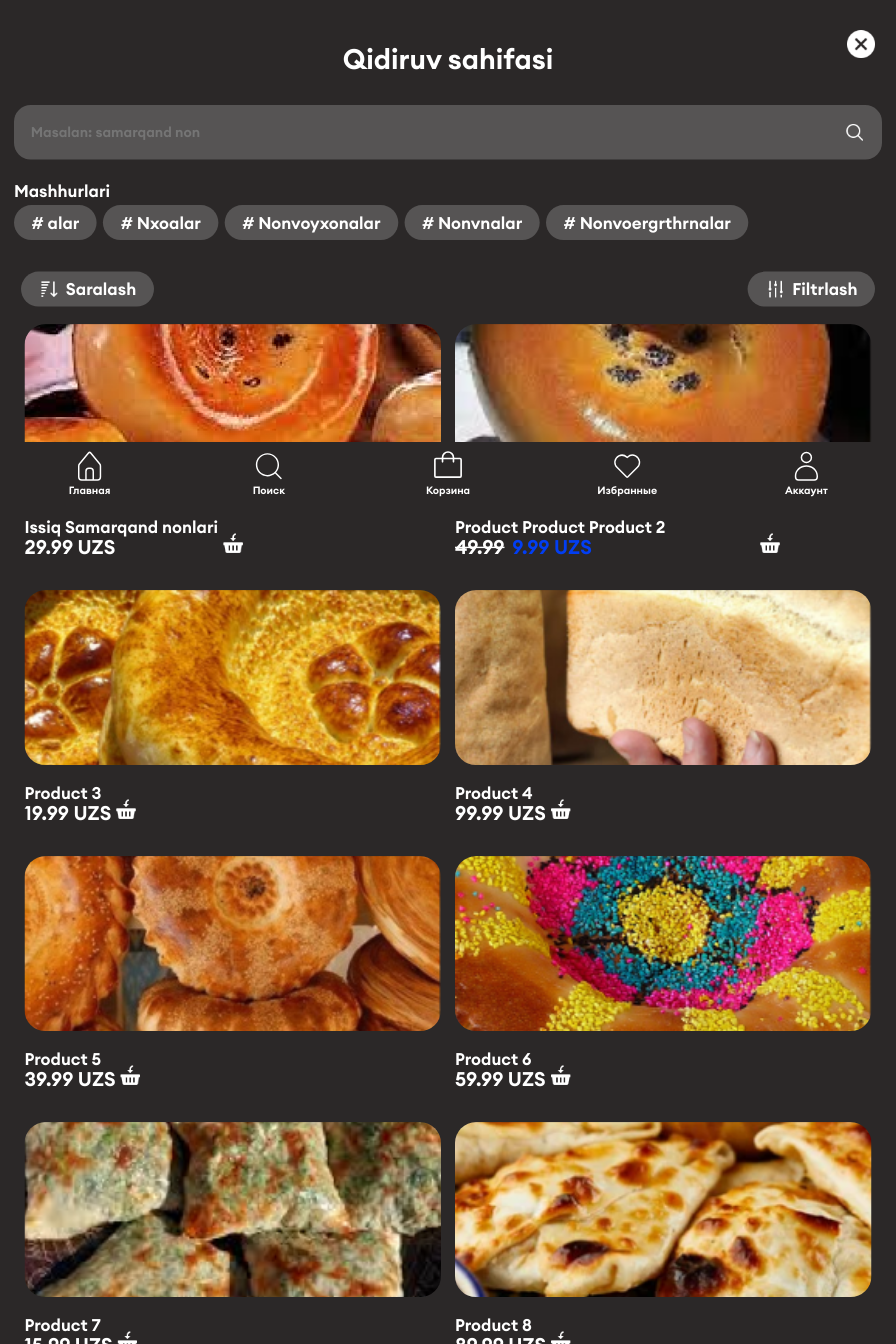
Repository: muslmoney/click-miniapp
Page: /search
An editor plug-in stored every save of this project. The page is shown before and after the next save, followed by the edit.
The browser window is 1280 px wide. The pictures show the part of the page from y = 0 to 1920 px (the page is 2358 px tall before and 2928 px after), at 70% of full size.
The project was rebuilt for these pictures with package versions that can differ from the ones it lists, and the page was loaded fresh each time. Also part of the build but not shown: vite.config.js.

Above is the page before, as saved 2025-02-16 17:45:46.

### index.html
<!doctype html>
<html lang="en">
<head>
  <meta charset="UTF-8" />
  <meta http-equiv="X-UA-Compatible" content="IE=edge" />
  <meta name="description" content="Non Bor" />
  <meta name="keywords" content="Non Bor" />
  <meta name="author" content="Non Bor" />
  <!-- <meta http-equiv="refresh" content="30"> -->
  <meta property="og:title" content="Non Bor">
  <meta property="og:description" content="Non Bor">
  <meta property="og:image" content="/logo_bread.png">
  <meta property="og:url" content="https://non-bor.netlify.app/">
  <meta name="viewport" content="width=device-width, initial-scale=1.0" />
  <link rel="icon" type="image/png" href="/logo_bread.png" />
  <title>Non Bor</title>
</head>

<body>
  <div id="root"></div>
  <script type="module" src="/src/main.jsx"></script>
</body>

</html>

### src/main.jsx
import React, { Suspense, lazy, StrictMode } from 'react';
import { createRoot } from 'react-dom/client';
import { createBrowserRouter, RouterProvider, Navigate } from 'react-router-dom';
import './index.css';
import App from './App.jsx'
import { AppProvider } from './context/Context.jsx';
const Home = lazy(() => import("./pages/Home/Home.jsx"));
const Cart = lazy(() => import("./pages/Cart/Cart.jsx"));
const Favorites = lazy(() => import('./pages/Favorites/Favorites.jsx'));
const Search = lazy(() => import('./pages/Search/Search.jsx'));
const User = lazy(() => import('./pages/User/User.jsx'));

const router = createBrowserRouter([
  {
    path: "/",
    element: <App />,
    children: [
      { index: true, element: <Navigate to="home" replace /> },
      {
        path: 'home',
        element: <Home />
      },
      {
        path: 'cart',
        element: <Cart />
      },
      {
        path: 'favorites',
        element: <Favorites />
      },
      {
        path: 'search',
        element: <Search />
      },
      {
        path: 'user',
        element: <User />
      },
      { path: '*', element: <div>404 - Page Not Found</div> },
    ],
  },
]);

class ErrorBoundary extends React.Component {
  state = { hasError: false };

  static getDerivedStateFromError() {
    return { hasError: true };
  }

  componentDidCatch(error, info) {
    console.error("Error caught:", error, info);
  }

  render() {
    if (this.state.hasError) {
      return <div>Something went wrong!</div>;
    }
    return this.props.children;
  }
}


createRoot(document.getElementById('root')).render(
  <StrictMode>
    <AppProvider>
      <Suspense fallback={<div>Loading...</div>}>
        <RouterProvider router={router} />
      </Suspense>
    </AppProvider>
  </StrictMode>
);

### src/index.css
:root {
  --color-default-white: #fff;
  --color-default-bg: #2B2828;
  --color-default-blue: #023EF3;
  --color-button-bg-blue:#3866E8;
  --color-text-gray:#ADA4A4;
  --color-button-bg-gray:#565454;
}

* {
  font-family: 'Euclid Circular A', sans-serif;
  scroll-behavior: smooth;
  padding: 0;
  margin: 0;
  box-sizing: border-box;
}

.container {
  width: 100%;
  margin: 0 auto;
  max-width: 700px;
}


picture,
img,
svg {

  display: block;
  width: 100%;
  height: auto;
}

a,
span,
button,
label,
input,
textarea {
  display: inline-block;
  font-family: inherit;
  color: inherit;
  font-weight: inherit;
}

a,
button,
label,
textarea,
li {
  list-style: none;
  text-decoration: none;
  cursor: pointer;
}

q::after,
q::before {
  content: '';
}

#root {
  display: flex;
  flex-direction: column;
  justify-content: space-between;
}

#root>* {
  flex-shrink: 0;
}

#root>main {
  flex-grow: 1;
}

h1,
h2,
h3,
h4,
h5,
h6,
p,
button,
a {
  font-weight: inherit;
  color: var(--color-default-white);
}

### src/App.jsx
import React, { useEffect } from "react";
import "./App.css";
import Header from "./layout/Header/Header.jsx";
import Footer from "./layout/Footer/Footer.jsx";
import "/public/fonts/fonts.css";
import { BrowserRouter as Router, Routes, Outlet, useLocation, useNavigate } from "react-router-dom";

const App = () => {
  const navigate = useNavigate();
  const { pathname } = useLocation();

  useEffect(() => {
    if (pathname === "/") {
      navigate("/home");
    }
  }, [pathname, navigate]);

  return (
    <>
      <header>
        <Header />
      </header>

      <main>
        <Outlet />
      </main>

      <footer>
        <Footer />
      </footer>
    </>
  );
};

export default App;

### src/context/Context.jsx
import React, { createContext, useState, useEffect, useContext } from 'react';

const AppContext = createContext();

export const useAppContext = () => useContext(AppContext);

export const AppProvider = ({ children }) => {
  const loadCartFromLocalStorage = (key) => {
    const storedData = localStorage.getItem(key);
    return storedData ? JSON.parse(storedData) : [];
  };

  const [cart, setCart] = useState(loadCartFromLocalStorage('cartClick'));
  const [favorites, setFavorites] = useState(loadCartFromLocalStorage('favClick'));

  useEffect(() => {
    localStorage.setItem('cartClick', JSON.stringify(cart));
  }, [cart]);

  useEffect(() => {
    localStorage.setItem('favClick', JSON.stringify(favorites));
  }, [favorites]);

  const addToCart = (product) => {
    setCart((prevCart) => {
      const existingProduct = prevCart.find((item) => item.id === product.id);
      return existingProduct
        ? prevCart.map((item) =>
            item.id === product.id ? { ...item, quantity: item.quantity + 1 } : item
          )
        : [...prevCart, { ...product, quantity: 1 }];
    });
  };

  const removeFromCart = (productId) => {
    setCart((prevCart) => prevCart.filter((product) => product.id !== productId));
  };

  const updateQuantity = (productId, quantity) => {
    if (quantity <= 0) return;
    setCart((prevCart) =>
      prevCart.map((product) =>
        product.id === productId ? { ...product, quantity } : product
      )
    );
  };

  const addToFavorites = (product) => {
    setFavorites((prevFavorites) =>
      !prevFavorites.some((item) => item.id === product.id)
        ? [...prevFavorites, product]
        : prevFavorites
    );
  };

  const removeFromFavorites = (productId) => {
    setFavorites((prevFavorites) =>
      prevFavorites.filter((product) => product.id !== productId)
    );
  };

  return (
    <AppContext.Provider
      value={{
        cart,
        addToCart,
        removeFromCart,
        updateQuantity,
        favorites,
        addToFavorites,
        removeFromFavorites,
      }}
    >
      {children}
    </AppContext.Provider>
  );
};

export { AppContext };

### src/pages/Search/Search.jsx
import React, { useState, useEffect } from 'react';
import styles from './search.module.css';
import { SearchCard } from '../../components/ProductCard/ProductCard.jsx';
import db from '../../db/db.json';
import Button from '../../components/Buttons/Buttons.jsx';

const Search = () => {
  const [query, setQuery] = useState('');
  const [filteredProducts, setFilteredProducts] = useState(db.products);

  useEffect(() => {
    const results = db.products.filter((product) =>
      product.title.toLowerCase().includes(query.toLowerCase())
    );
    setFilteredProducts(results);
  }, [query]);

  return (
    <div className={styles.container}>
      <section>
        <h2 className={styles.title}>Qidiruv sahifasi</h2>
        <div className={styles.search}>
          <input
            type="text"
            placeholder="Masalan: samarqand non"
            value={query}
            onChange={(e) => setQuery(e.target.value)}
          />
          <button>
            <img src="/search.png" alt="search" />
          </button>
        </div>
      </section>

      <section className={styles.popular}>
        <h2>Mashhurlari</h2>
        <div className={styles.buttons}>
          <Button title={'# alar'} />
          <Button title={'# Nxoalar'} />
          <Button title={'# Nonvoyxonalar'} />
          <Button title={'# Nonvnalar'} />
          <Button title={'# Nonvoergrthrnalar'} />
        </div>
      </section>

      <section className={styles.products}>
        <div className={styles.filters}>
          <Button title={'Saralash'} icon={'/sorting.png'} />
          <Button title={'Filtrlash'} icon={'/filter.png'} />
        </div>
        <div className={styles.grid}>
          {filteredProducts.length > 0 ? (
            filteredProducts.map((product) => (
              <SearchCard
                key={product.id}
                title={product.title}
                img={product.img}
                salePrice={product.salePrice}
                price={product.price}
              />
            ))
          ) : (
            <p>Mahsulot topilmadi</p>
          )}
        </div>
      </section>
    </div>
  );
};

export default Search;

### src/layout/Header/Header.jsx
import React from 'react'
import { RxCross2 } from "react-icons/rx";
import style from './header.module.css'
const Header = () => {
    return (
        <header className={style.header}>
            <div className='container'>
                <div className={style.header}>
                    <img className={style.cross} src="/cancel.png" alt="" />
                </div>
            </div>
        </header>
    )
}

export default Header

### src/layout/Footer/Footer.jsx
import React from 'react'
import styles from './footer.module.css'
import { CiSearch } from "react-icons/ci";
import { CiUser } from "react-icons/ci";
import { CiHeart } from "react-icons/ci";
import { PiBagLight } from "react-icons/pi";
import { CiHome } from "react-icons/ci";
import { Link } from 'react-router-dom';

const Footer = () => {
    return (
        <footer className='container'>
            <div className={styles.footer}>
                    <Link className={styles.a} to={'./home'}>
                        <CiHome className={styles.icon} />
                        <h2>Главная</h2>
                    </Link>
                    <Link className={styles.a} to={'./search'}>
                        <CiSearch className={styles.icon} />
                        <h2>
                            Поиск
                        </h2>

                    </Link>
                    <Link className={styles.a} to={'./cart'}>
                        <PiBagLight className={styles.icon} />
                        <h2>
                            Корзина
                        </h2>

                    </Link>
                    <Link className={styles.a} to={'./favorites'}>
                        <CiHeart className={styles.icon} />
                        <h2>
                            Избранные
                        </h2>

                    </Link>
                    <Link className={styles.a} to={'./user'}>
                        <CiUser className={styles.icon} />
                        <h2>
                            Аккаунт
                        </h2>

                    </Link>
            </div>
        </footer>
    )
}

export default Footer

### public/fonts/fonts.css


@font-face {
    font-family: 'Euclid Circular A';
    src: url(/fonts/Euclid\ Circular\ A\ SemiBold.ttf);
    font-weight: 600;
    font-style: normal;
}

### src/components/Buttons/Buttons.jsx
import React from "react";
import styles from "./buttons.module.css";

const Button = ({ link, icon, title, className,color, ...props }) => {
  return (
    <a className={`${styles.button} ${className}`} href={link} {...props}>
     {icon ? ( <img src={icon} alt={title} />) : ''   }
      <span>{title}</span>
    </a>
  );
};

export default Button;

### src/pages/Search/search.module.css
.container {
    padding: 0 clamp(5px, 2vw, 20px);
    background-color: var(--color-default-bg);

}
.search{
    padding: 24px;
    border-radius: 24px;
    background-color: var(--color-button-bg-gray);
    display: flex;
    align-items: center;
    justify-content: space-between;
    input{
        font-size: 20px;
        font-weight: 500;
        line-height: 24.2px;
        text-align: left;
        text-underline-position: from-font;
        text-decoration-skip-ink: none;
        border: none;
        outline: 0px;
        color: var(--color-default-white);
        background: transparent;
    }
    button{
        background: transparent;
        border: none;
    }

}
.title {
    font-size: 40px;
    font-weight: 500;
    line-height: 48.41px;
    text-align: center;
    padding: 60px 0 42px 0;
    text-underline-position: from-font;
    text-decoration-skip-ink: none;

}
.popular{
    padding: 30px 0;
}
.buttons{
    display: flex;
    flex-wrap: wrap;
    gap:11px 9px;
    padding: 5px 0;
}

.filters {
    display: flex;
    justify-content: space-between;
    gap: 10px;
    padding: 10px;
}

.grid {
    display: grid;
    grid-template-columns: 1fr 1fr;
    gap: 10px 10px;
    padding: 10px;
}

img {
    width: 100%;
    object-fit: cover;
}

### src/layout/Header/header.module.css
.header{
    max-width: 700px;
    position: relative;
}

.cross{
    width: 50px;
    position: fixed;
    right: 25px;
    top: 38px;
    width: 50px;
    z-index: 10000;
    @media (max-width: 550px) {
        width: 35px;
        top: 18px;
    }
}

### src/layout/Footer/footer.module.css

.footer {
    display: flex;
    align-items: center;
    justify-content: space-around;
    position: fixed;
    bottom: 0;
    left: 0;
    width: 100%;
    padding: 10px 0 10px 0;
    background-color: var(--color-default-bg);
.a{
    width: 100%;

   h2{

       font-size: clamp(15px, 1vw, 24px);
   }
}
    a {
        display: flex;
        align-items: center;
        flex-direction: column;
    }
}


.icon {
    width: 50px;
}
@media (max-width: 550px) {
    .icon {
        width: 35px;
    }
}

### src/components/Buttons/buttons.module.css
.button {
background-color: var(--color-button-bg-gray);
    text-align: center;
    text-decoration: none;
    display: flex;
    align-items: center;
    gap: 9px;
    color: var(--color-default-white);
    font-size: clamp(17px, 3.33vw, 24px);
    cursor: pointer;
    transition-duration: 0.4s;
    border-radius: 30px;
    padding: clamp(7px, 3vw, 10px) clamp(15px, 3vw, 25px);

    img {
        width: clamp(20px, 4.2vw, 30px);
    }
}

Loaded but not shown: src/db/db.json (104 lines, source omitted); src/components/ProductCard/ProductCard.jsx (195 lines, source omitted); src/components/ProductCard/productCard.module.css (277 lines, source omitted); src/App.css (no stored copy; drawn as an empty file); src/pages/User/user.module.css (no stored copy; drawn as an empty file)

After the next save:
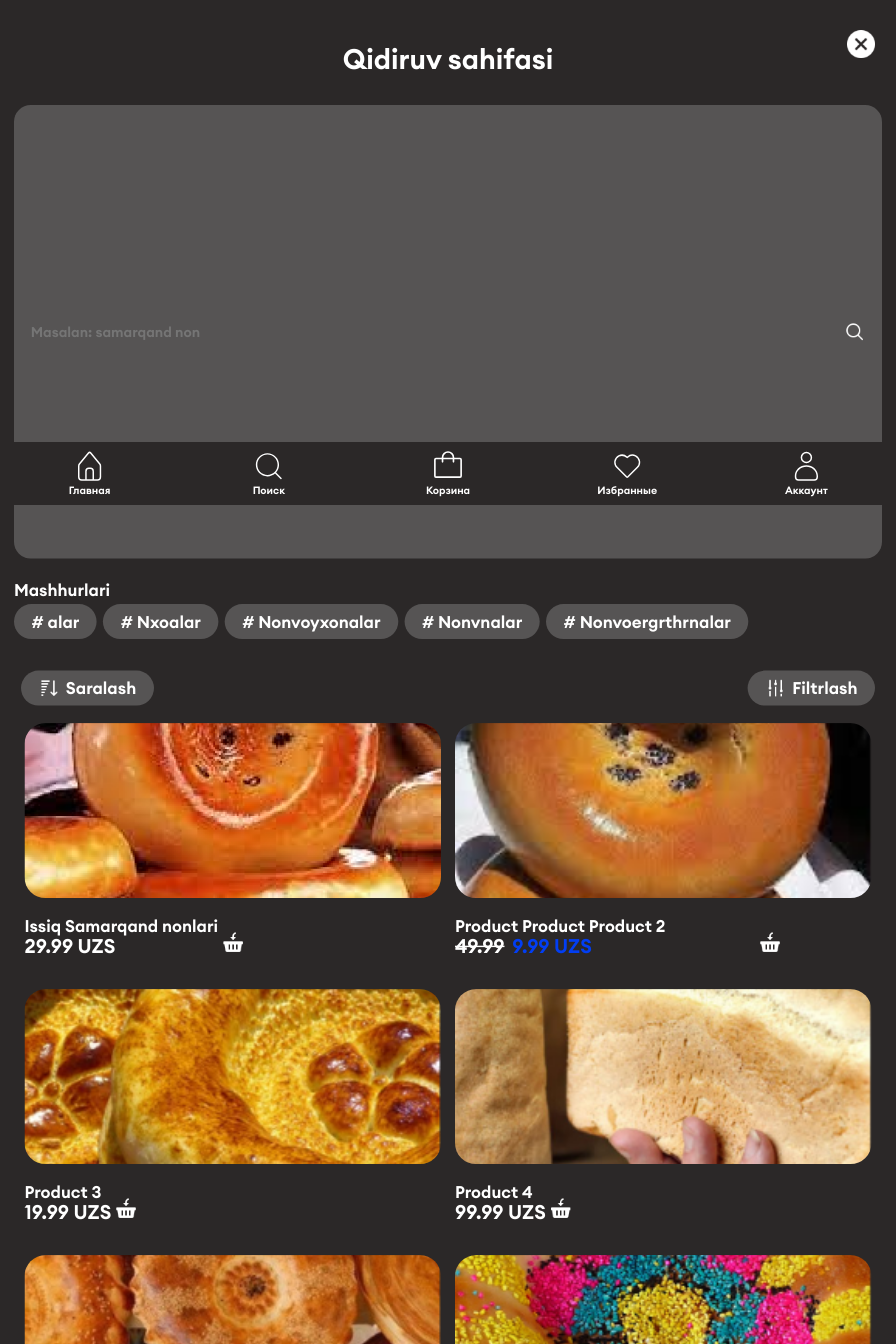
Saved 31 s later.
--- a/src/pages/Search/search.module.css
+++ b/src/pages/Search/search.module.css
@@ -5,6 +5,7 @@
 }
 .search{
     padding: 24px;
+    min-height: 90dvh;
     border-radius: 24px;
     background-color: var(--color-button-bg-gray);
     display: flex;

After the save that followed:
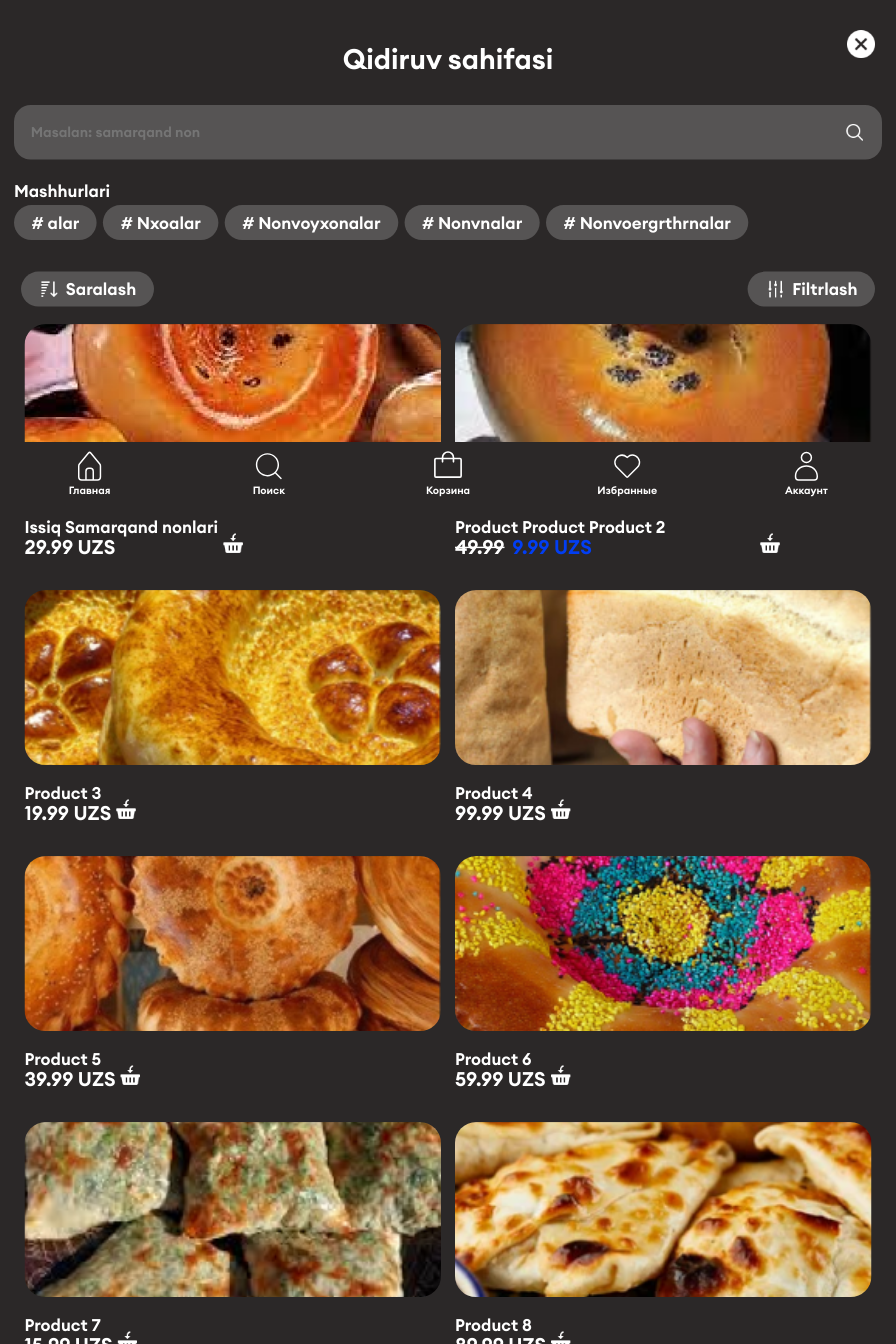
Saved 7 s later.
--- a/src/pages/Search/search.module.css
+++ b/src/pages/Search/search.module.css
@@ -5,7 +5,6 @@
 }
 .search{
     padding: 24px;
-    min-height: 90dvh;
     border-radius: 24px;
     background-color: var(--color-button-bg-gray);
     display: flex;
